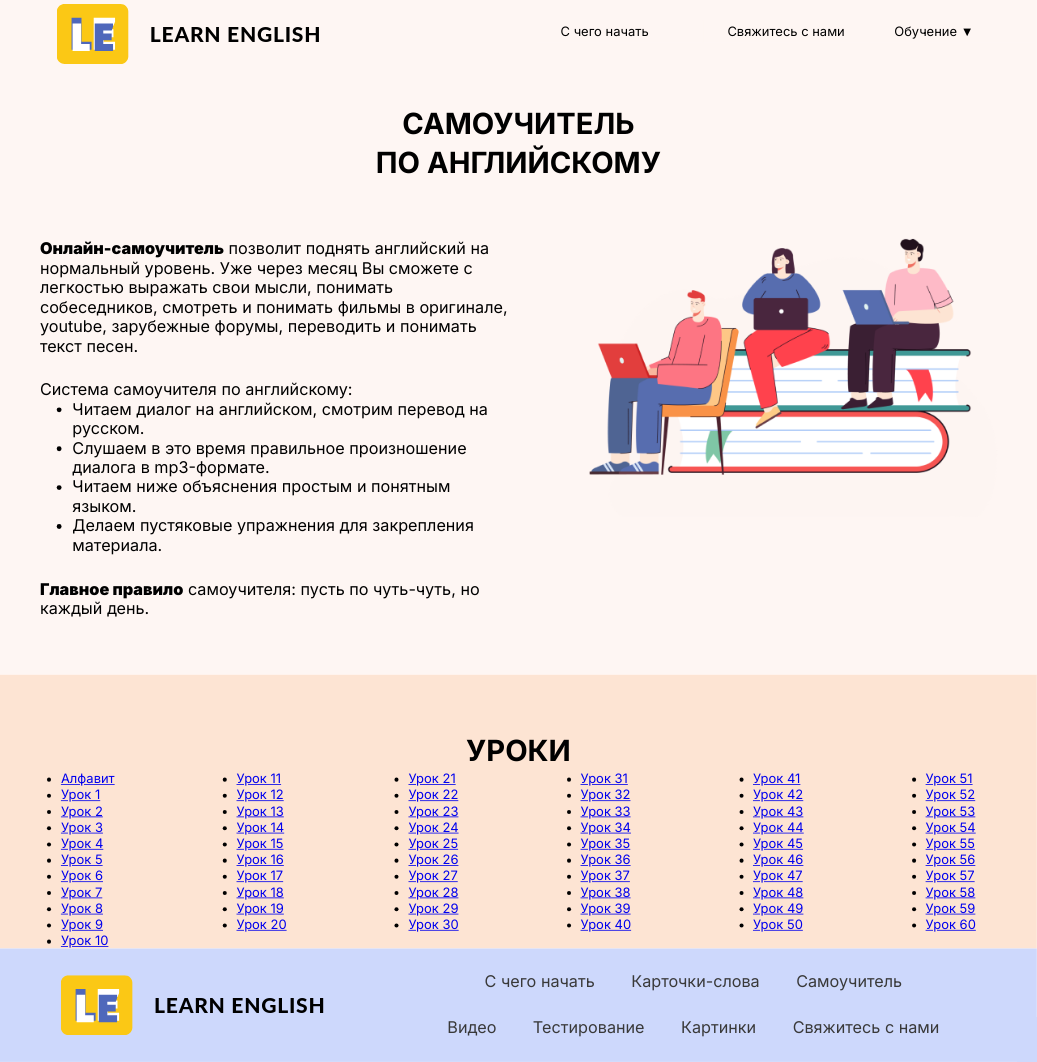
Repository: WladimirVA/Diplom
Page: scool/lesson.html
These files come from the project's save history. The page is drawn as it stood at one moment and after the next save; the edit follows.
The browser window is 1280 px wide. The pictures show the whole page, at 81% of full size.

Above is the page before, as saved 2023-07-19 17:02:14.

After the next save:
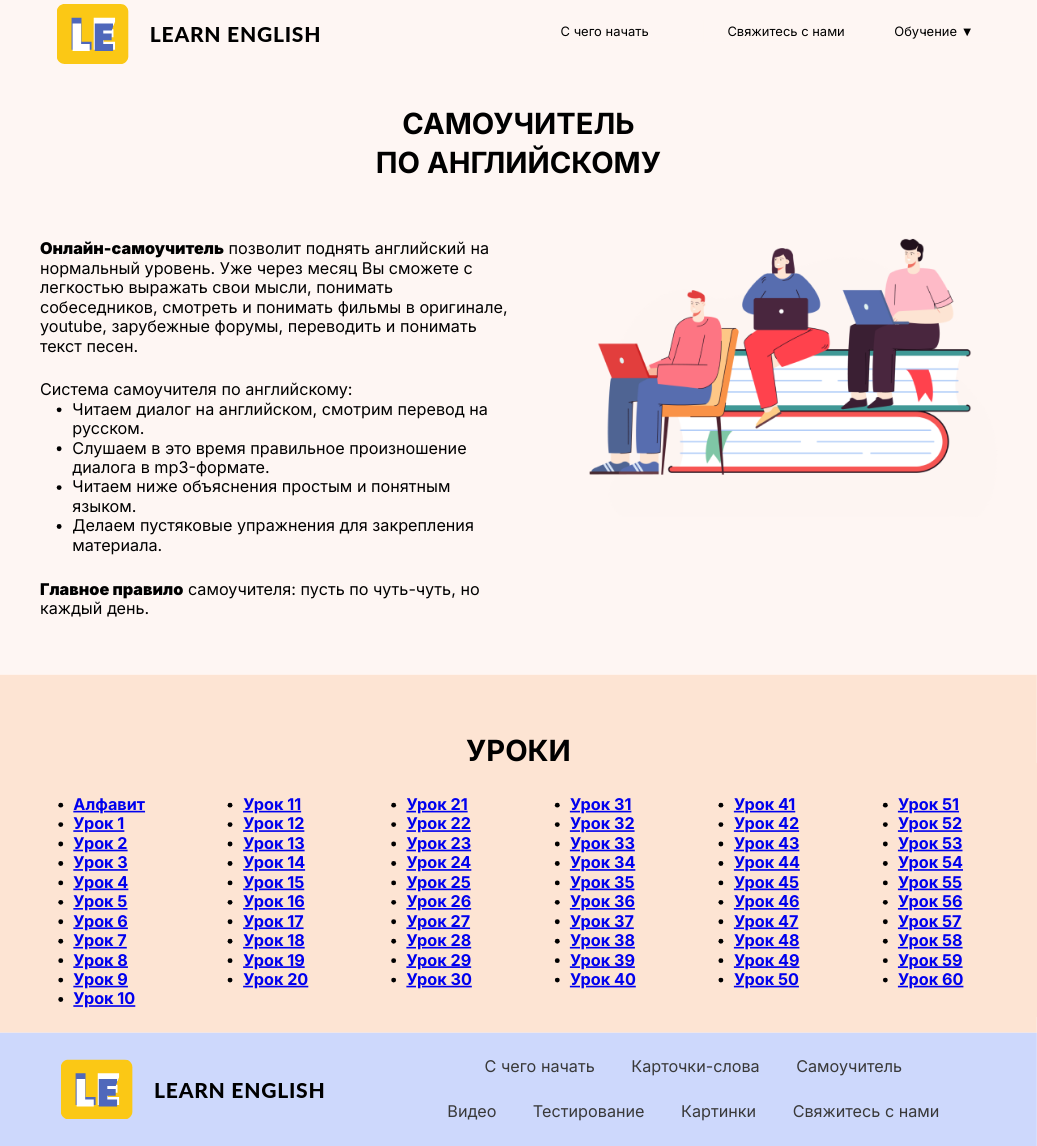
Saved 44 s later.
--- a/scool/css/lesson.css
+++ b/scool/css/lesson.css
@@ -76,4 +76,11 @@
 .all-lesson {
     display: flex;
     justify-content: space-around;
+    font-family: Inter;
+    font-size: 20px;
+    font-weight: 700;
+    line-height: 24px;
+    letter-spacing: 0em;
+    text-align: left;
+    padding: 30px;
 }
